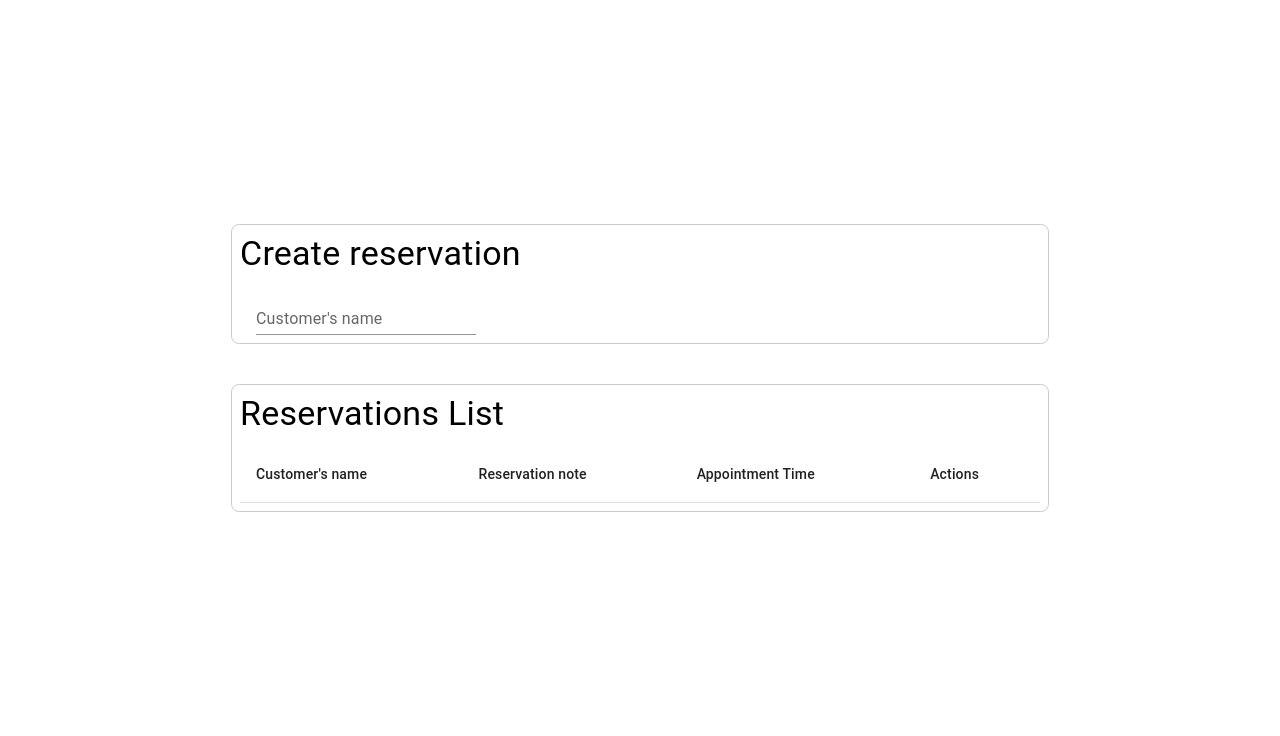
Repository: dovix58/PSP
Page: /beauty (app in frontEnd/)
These files come from the project's save history. The page is drawn as it stood at one moment and after a run of saves; the edit follows.
The browser window is 1280 px wide. The pictures show the whole page.
The page's requests for data from a server got no answer. The project was rebuilt for these pictures with package versions that can differ from the ones it lists, and the page was loaded fresh each time. No one was signed in, and anything a server would have sent is missing. Also part of the build but not shown: frontEnd/vite.config.ts, frontEnd/src/LandingPage.tsx, frontEnd/src/api/productAPI.ts, frontEnd/src/CreateOrder.tsx, frontEnd/src/api/OrderApi.ts, frontEnd/src/PaymentModal.tsx, frontEnd/src/OrderList.tsx, frontEnd/src/Styles.ts and 3 more.

Above is the page before, as saved 2024-12-19 13:34:46.

After the next 2 saves:
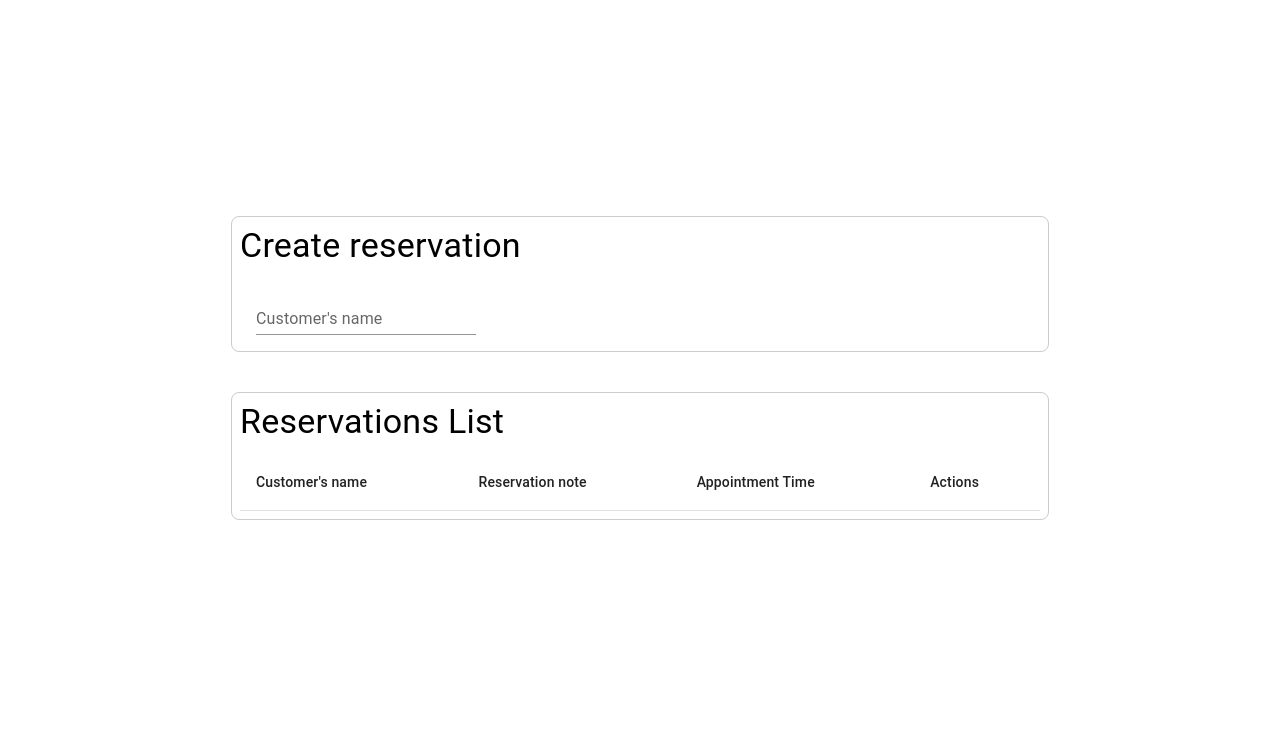
The 2 saves are shown as one change because they came seconds apart.
The last was saved 6 s later.
--- a/frontEnd/src/CreateReservation.tsx
+++ b/frontEnd/src/CreateReservation.tsx
@@ -17,7 +17,7 @@ export default function CreateReservation() {
       <Typography variant="h4" gutterBottom>
         Create reservation
       </Typography>
-      <Box sx={{ px: 2 }}>
+      <Box sx={{ px: 2, py: 1 }}>
         <form>
           <TextField
             id="standard-basic"
